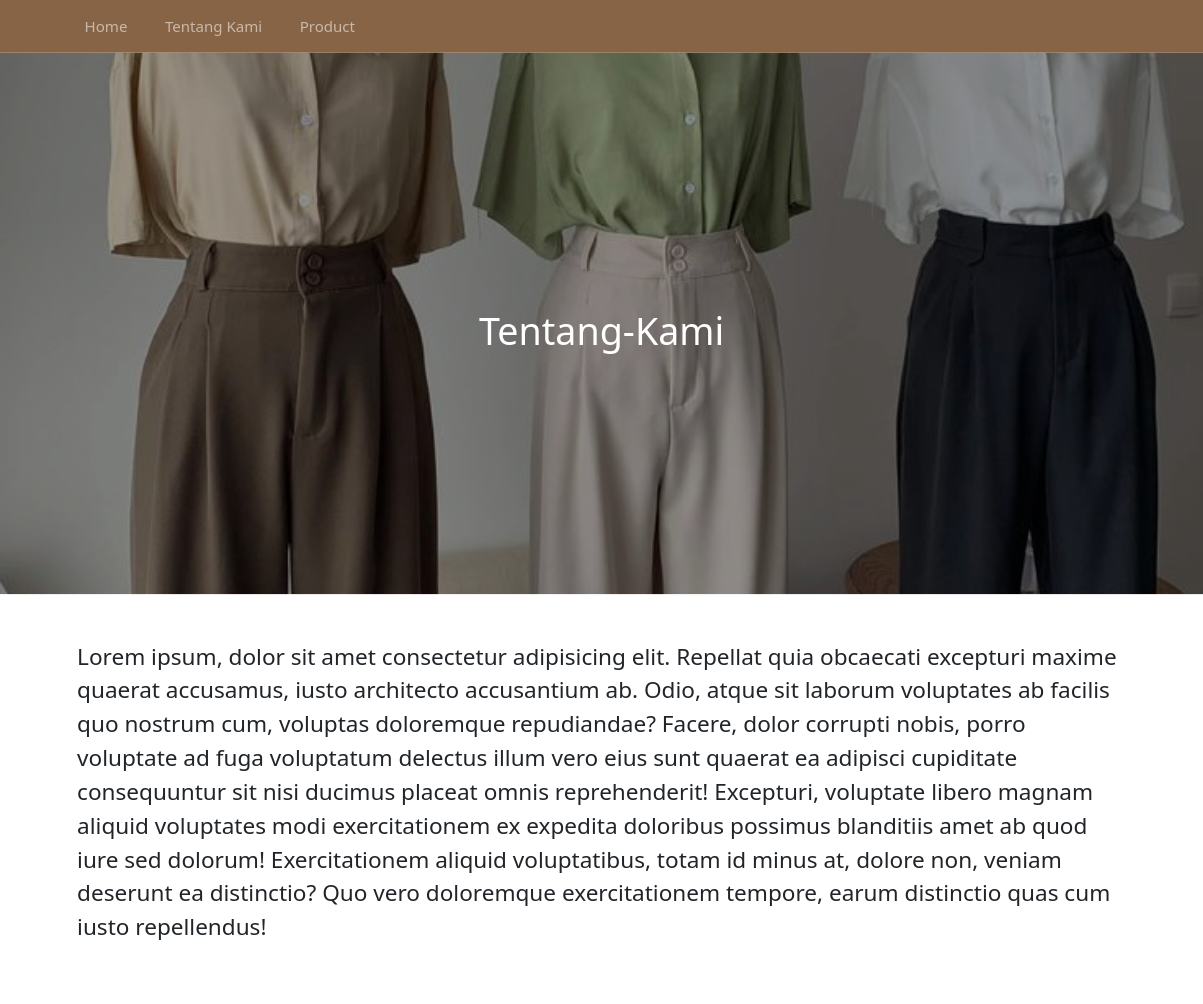
Repository: herman165/tugas_uas
Page: http://localhost/tentang_kami.php
These files come from the project's save history. The page is drawn as it stood at one moment and after the next save; the edit follows.
The browser window is 1280 px wide. The pictures show the whole page, at 94% of full size.
The page is run by PHP 8.4 with error messages shown; the project is at /var/www/html/.

Above is the page before, as saved 2024-12-12 04:30:22.

### tentang_kami.php

<!DOCTYPE html>
<html lang="en">
<head>
    <meta charset="UTF-8">
    <meta name="viewport" content="width=device-width, initial-scale=1.0">
    <title>Tentang Kami - Page</title>
    <link rel="stylesheet" href="bootstrap/css/bootstrap.min.css">
    <link rel="stylesheet" href="fontawesome/css/all.min.css">
    <link rel="stylesheet" href="css/style.css">
</head>
<body>
    <!-- navbar -->
     <?php require "navbar.php" ?>
     <!-- benner -->
     <div class="container-fluid banner d-flex align-items-center">
        <div class="container">
            <h1 class="mt-4 text-white text-center">Tentang-Kami</h1>
        </div>
     </div>
     <!-- main -->
      <div class="container-fluid py-5">
        <div class="container fs-4 ">
            <p>
                Lorem ipsum, dolor sit amet consectetur adipisicing elit. Repellat quia obcaecati excepturi maxime quaerat accusamus, iusto architecto accusantium ab. Odio, atque sit laborum voluptates ab facilis quo nostrum cum, voluptas doloremque repudiandae? Facere, dolor corrupti nobis, porro voluptate ad fuga voluptatum delectus illum vero eius sunt quaerat ea adipisci cupiditate consequuntur sit nisi ducimus placeat omnis reprehenderit! Excepturi, voluptate libero magnam aliquid voluptates modi exercitationem ex expedita doloribus possimus blanditiis amet ab quod iure sed dolorum! Exercitationem aliquid voluptatibus, totam id minus at, dolore non, veniam deserunt ea distinctio? Quo vero doloremque exercitationem tempore, earum distinctio quas cum iusto repellendus!
            </p>
        </div>
      </div>


    <script src="bootstrap/js/bootstrap.bundle.min.js"></script>
    <script src="fontawesome/js/all.min.js"></script>
</body>
</html>

### navbar.php
<!DOCTYPE html>
<html lang="en">
<head>
    <meta charset="UTF-8">
    <meta name="viewport" content="width=device-width, initial-scale=1.0">
    <title>Responsive Navbar</title>
     <link rel="stylesheet" href="bootstrap/css/bootstrap.min.css">

<style>

        /* Khusus tampilan HP */
        @media (max-width: 480px) {
            .navbar {
                background: linear-gradient(to right, #6a11cb, #2575fc); /* Gradient ungu ke biru */
                box-shadow: 0 4px 6px rgba(0, 0, 0, 0.3); /* Bayangan */
                border-radius: 5px; /* Membuat sudut melengkung */
            }

            .navbar-dark .nav-link {
                color: #ffffff;
                background-color: rgba(255, 255, 255, 0.2); /* Transparan putih */
                margin: 5px;
                padding: 10px;
                border-radius: 5px; /* Melengkung */
                text-align: center;
                transition: background-color 0.3s ease, color 0.3s ease;
            }

            .navbar-dark .nav-link:hover {
                background-color: rgba(255, 255, 255, 0.4); /* Lebih terang saat hover */
                color: #ffcc00; /* Warna kuning keemasan */
            }

            /* Tombol toggler */
            .navbar-dark .navbar-toggler {
                border: none;
                background-color: #ffffff; /* Putih */
                padding: 5px;
                border-radius: 3px; /* Melengkung */
            }

            .navbar-dark .navbar-toggler-icon {
                background-color: #6a11cb; /* Ungu */
                border-radius: 2px;
                width: 25px;
                height: 3px;
            }
        }

</style>

</head>
<body>
    <nav class="navbar navbar-expand-lg navbar-dark warna1">
        <div class="container">
            <button class="navbar-toggler" type="button" data-bs-toggle="collapse" data-bs-target="#navbarSupportedContent" aria-controls="navbarSupportedContent" aria-expanded="false" aria-label="Toggle navigation">
                <span class="navbar-toggler-icon"></span>
            </button>
            <div class="collapse navbar-collapse" id="navbarSupportedContent">
                <ul class="navbar-nav me-auto mb-2 mb-lg-0">
                    <li class="nav-item me-4 ">
                        <a class="nav-link " href="index.php">Home</a>
                    </li>
                    <li class="nav-item me-4 ">
                        <a class="nav-link" href="tentang_kami.php">Tentang Kami</a>
                    </li>
                    <li class="nav-item me-4 ">
                        <a class="nav-link" href="produk.php">Product</a>
                    </li>
                </ul>
            </div>
        </div>
    </nav>

    <script src="bootstrap/js/bootstrap.bundle.min.js"></script>
</body>
</html>

### css/style.css
.warna1 {
    background-color: #876445;
}
.warna2 {
    background-color: #CA965C;
}
.warna3 {
    background-color: #EEC373;
}
.warna4 {
    background-color: #F4DFBA;
}
.banner {
    height: 80vh; /* Mengisi seluruh tinggi layar */
    background: linear-gradient(rgba(0, 0, 0, 0.4), rgba(0, 0, 0, 0.4)), url('../image/benner\ new.jpg');
    background-size: cover; /* Memastikan gambar menutupi seluruh elemen */
    background-position: center; /* Memusatkan gambar */
    background-repeat: no-repeat; /* Mencegah gambar diulang */
}



@media (max-width: 768px) {
    .banner {
        height: 30vh;
    }
}
.highlighted-kategori{
    height: 250px;

}
.produk-terkait-image {
    height: 100%;
    width: 100%;
    object-fit: cover;
    object-position: center;

}
.no-decoration{
    text-decoration: none;
    color:white;
}
.no-decoration:hover {
    color: #EEC373;
}

.kategori-baju-pria {
  background: linear-gradient(rgba(0, 0, 0, 0.4), rgba(0, 0, 0, 0.4)), url('../image/baju\ pria.jpg');
  background-size: cover;
  background-position: center;
  background-repeat: no-repeat;
}
.kategori-baju-wanita {
  background: linear-gradient(rgba(0, 0, 0, 0.4), rgba(0, 0, 0, 0.4)), url('../image/baju\ wanita.jpg');
  background-size: cover;
  background-position: center;
  background-repeat: no-repeat;

}
.kategori-sepatu-pria {
  background: linear-gradient(rgba(0, 0, 0, 0.4), rgba(0, 0, 0, 0.4)), url('../image/Vans\ Old\ Skool\ Sneakers\ in\ Black_White\ _\ VN000D3HY28\ -\ Men\ 13_Wmn\ 14_5\ _\ Black.jpg');
  background-size: cover;
  background-position: center;
  background-repeat: no-repeat;
}
.kategori-jam-pria {
  background: linear-gradient(rgba(0, 0, 0, 0.4), rgba(0, 0, 0, 0.4)), url('../image/Kegllect\ Men\ Life\ Waterproof\ Quartz\ Watch\ Mens\ Large\ Dial\ Sport\ Wristwatch\ Jam\ Tangan\ Lelaki.jpg');
  background-size: cover;
  background-position: center;
  background-repeat: no-repeat;
}
.text-harga{
    font-size: 20px;
    color:#CA965C;
}
.image-box {
    height: 200px;
}
.image-box img{
    height: 100%;
    width: 100%;
    object-fit: cover;
    object-position: center;
}
.subscribe-content {
    background-color: rgba(0, 0, 0, 0.7);
}
.subscribe-content a {
    color: #fff
}
.bounce-icon {
    font-size: 50px;
    color: #fff;
    animation: wave 2s infinite;
}
@keyframes wave {
    0% {
        transform: translateX(0) translateY(0);
    }
    40% {
        transform: translateX(10px) translateY(-10px);
    }
    50% {
        transform: translateX(-10px) translateY(10px);
    }
    60% {
        transform: translateX(10px) translateY(10px);
    }
    80% {
        transform: translateX(-10px) translateY(-10px);
    }
    100% {
        transform: translateX(0) translateY(0);
    }
}

.layout {
    text-decoration: none;
}

Loaded but not shown: bootstrap/css/bootstrap.min.css (library); fontawesome/css/all.min.css (library); bootstrap/js/bootstrap.bundle.min.js (library)

After the next save:
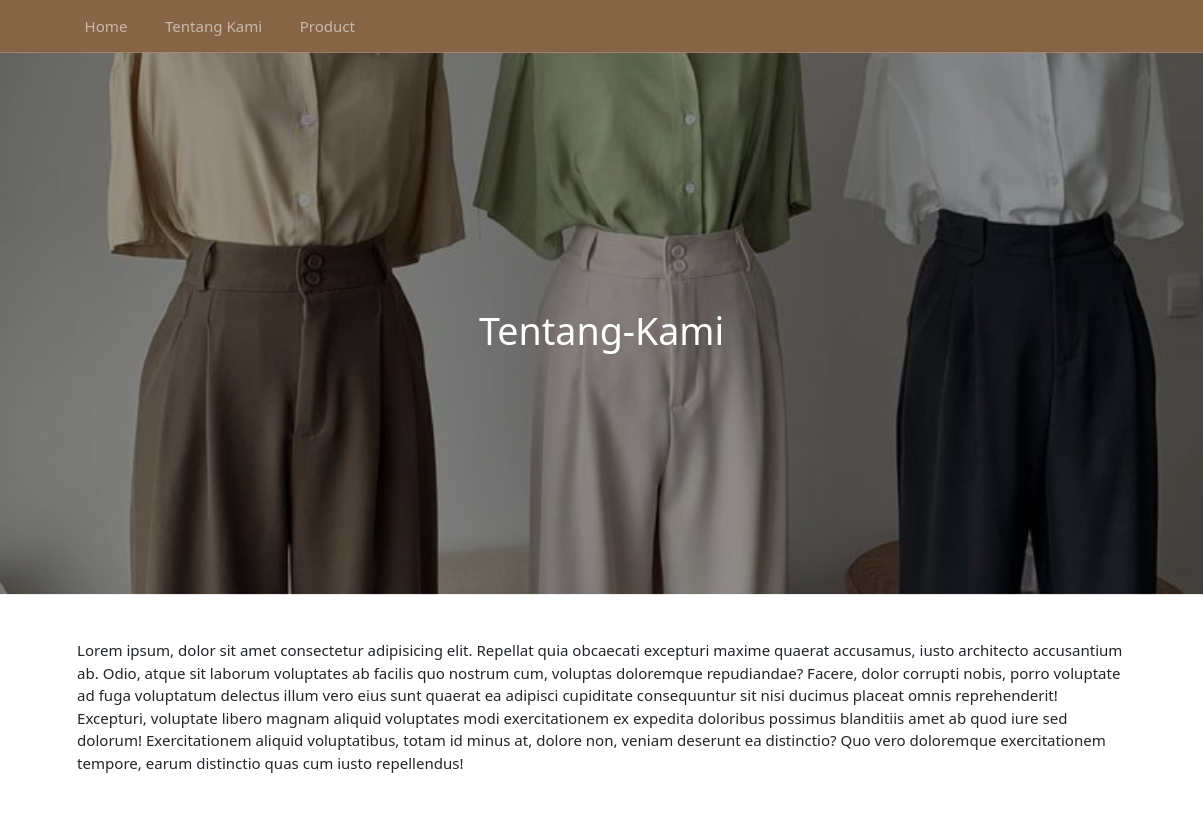
Saved 5 s later.
--- a/tentang_kami.php
+++ b/tentang_kami.php
@@ -20,7 +20,7 @@
      </div>
      <!-- main -->
       <div class="container-fluid py-5">
-        <div class="container fs-4 ">
+        <div class="container fs-6">
             <p>
                 Lorem ipsum, dolor sit amet consectetur adipisicing elit. Repellat quia obcaecati excepturi maxime quaerat accusamus, iusto architecto accusantium ab. Odio, atque sit laborum voluptates ab facilis quo nostrum cum, voluptas doloremque repudiandae? Facere, dolor corrupti nobis, porro voluptate ad fuga voluptatum delectus illum vero eius sunt quaerat ea adipisci cupiditate consequuntur sit nisi ducimus placeat omnis reprehenderit! Excepturi, voluptate libero magnam aliquid voluptates modi exercitationem ex expedita doloribus possimus blanditiis amet ab quod iure sed dolorum! Exercitationem aliquid voluptatibus, totam id minus at, dolore non, veniam deserunt ea distinctio? Quo vero doloremque exercitationem tempore, earum distinctio quas cum iusto repellendus!
             </p>
